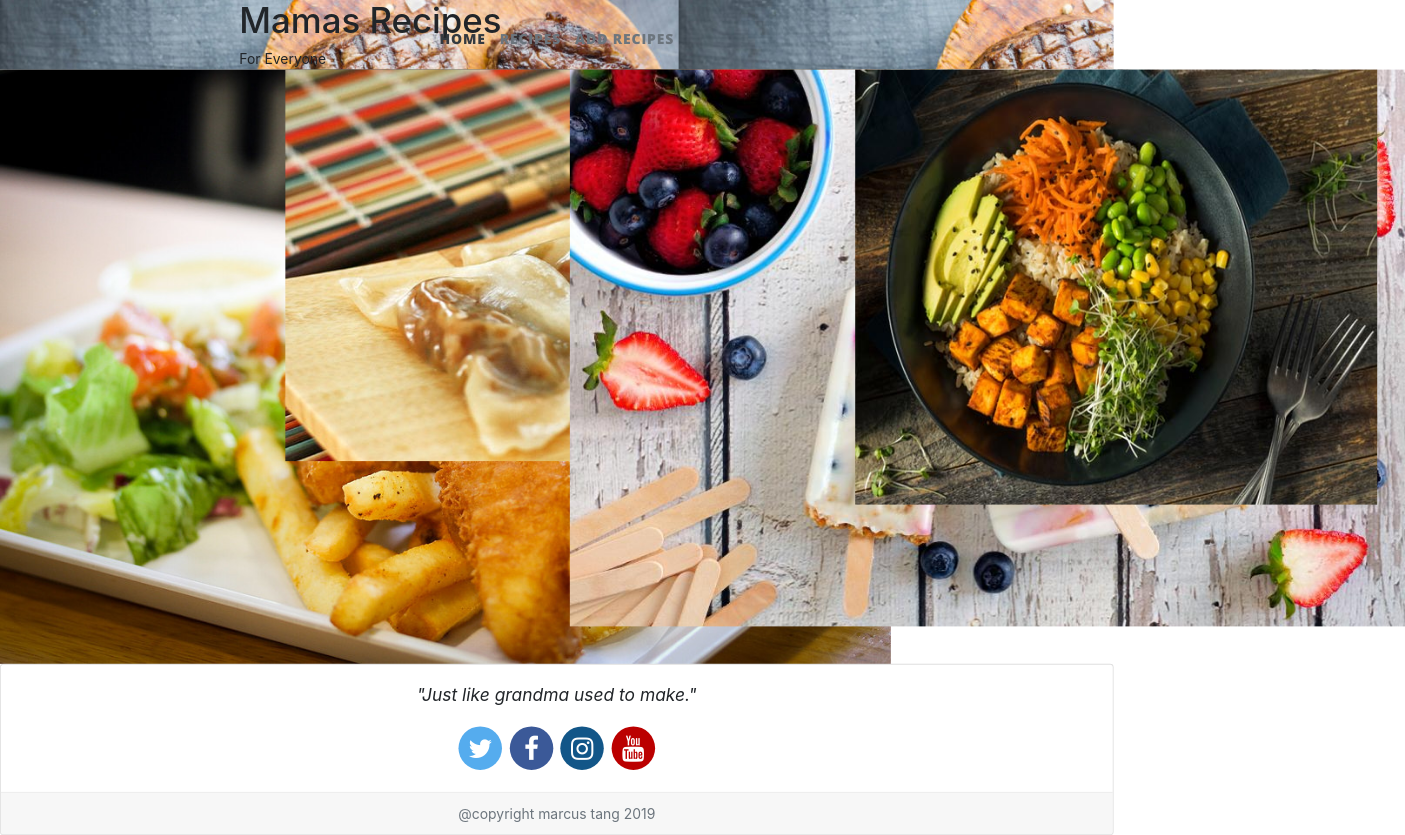
Repository: marstangg/mamasrecipes
Page: templates/index.html
The author's editor kept a record of every edit. The page is drawn from the files as they stood at one moment, then again after the next edit.
The browser window is 1280 px wide. The page is 1615 px wide, so the pictures cover 1615 px, including what lies to the right of the window. The pictures show the whole page, at 87% of full size.
Some web libraries are served in a nearby version. The template is drawn by Flask 3. The application's start-up code is not run. The template is opened directly, without the code that normally fills it, so the values that code supplies are empty.

Above is the page before.

After the next edit:
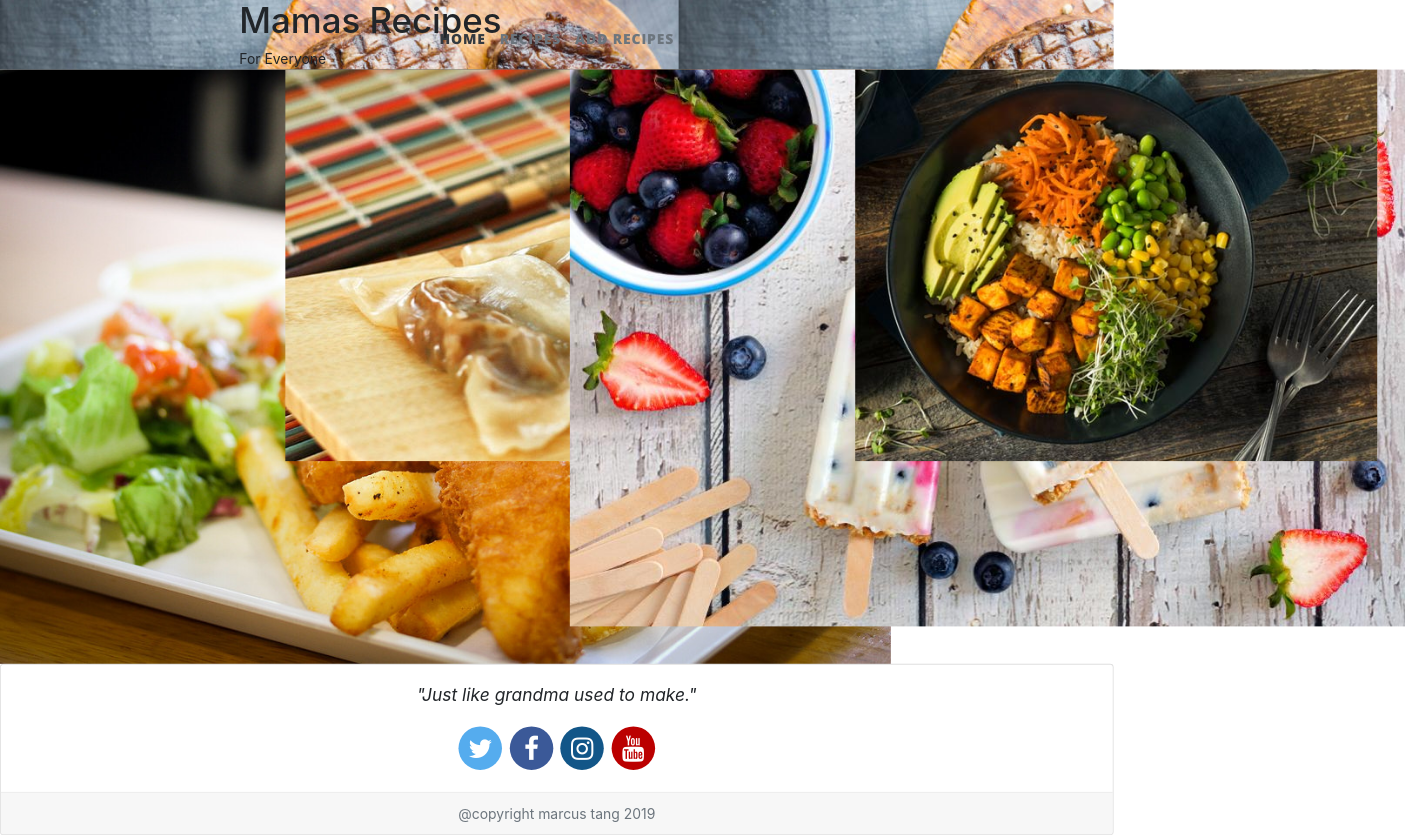
The edit:
--- a/templates/index.html
+++ b/templates/index.html
@@ -27,7 +27,7 @@
       <img src="static/img/dessert.jpg" alt="dessert">
     </div>
     <div class="col-3">
-      <img src="static/img/vege.jpg" alt="veg"width="600" height="500">
+      <img src="static/img/vege.jpg" alt="veg">
     </div>
   </div>
 {% endblock %}
